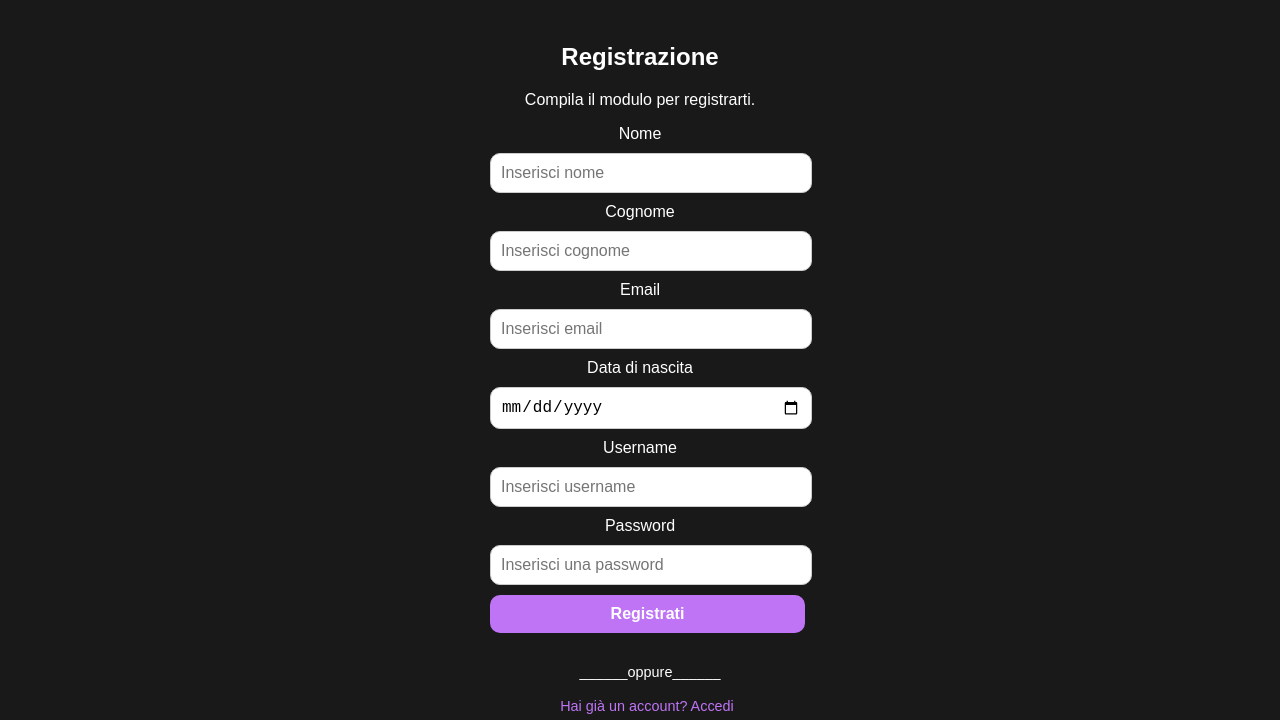
Repository: maxdl98/AppAuto
Page: http://localhost/Registrazione
The author's editor kept a copy of each file at every save. The page is drawn from the files as they stood at one save, then again after the next save.
The browser window is 1280 px wide. The pictures show the whole page.
The page is this project's Thymeleaf template; nobody is signed in. The template is opened directly, without the code that normally fills it, so the values that code supplies are empty.

Above is the page before, as saved 2025-01-13 08:28:56.

After the next save:
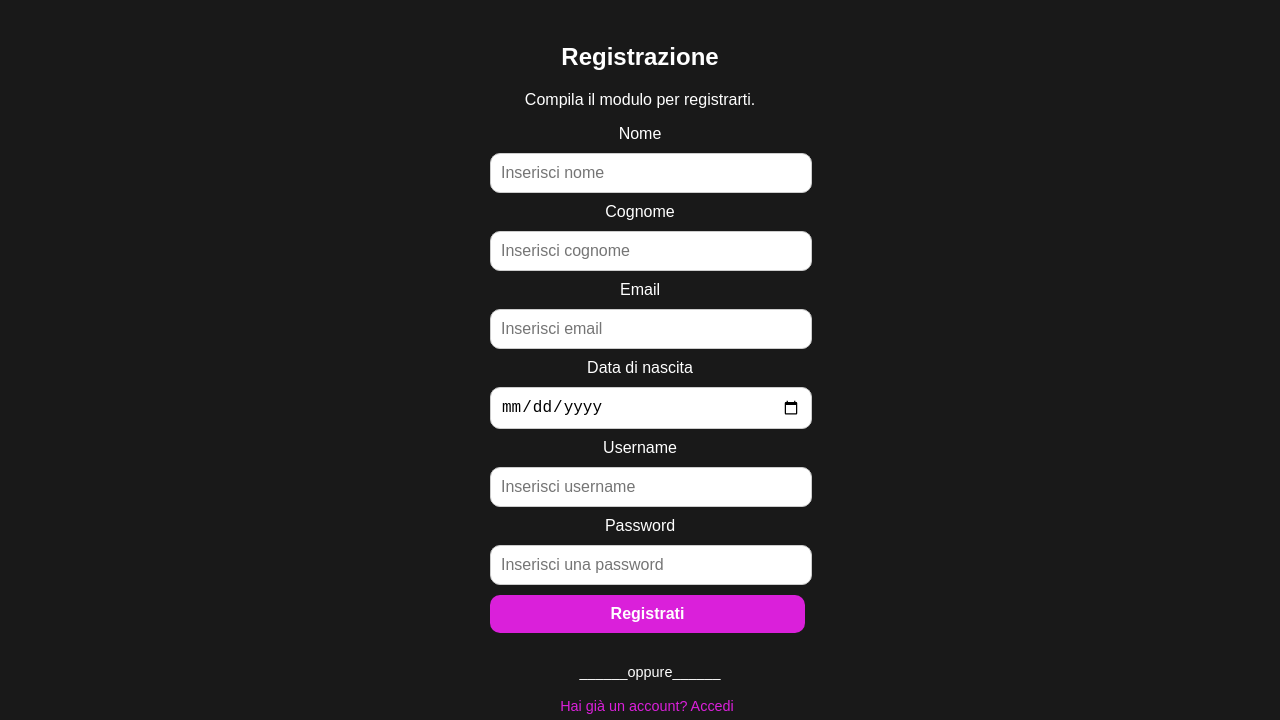
Saved 114 s later.
--- a/AutoApp/src/main/resources/templates/Registrazione.html
+++ b/AutoApp/src/main/resources/templates/Registrazione.html
@@ -45,7 +45,7 @@
         .container .btn {
             width: 105%;
             padding: 10px;
-            background-color: #bf74f5;
+            background-color: #da20da;
             border: none;
             border-radius: 10px;
             color: white;
@@ -62,7 +62,7 @@
         .container a {
             display: block;
             margin-top: 15px;
-            color: #bf74f5;
+            color: #da20da;
             text-decoration: none;
             font-size: 0.9rem;
             position: relative;
